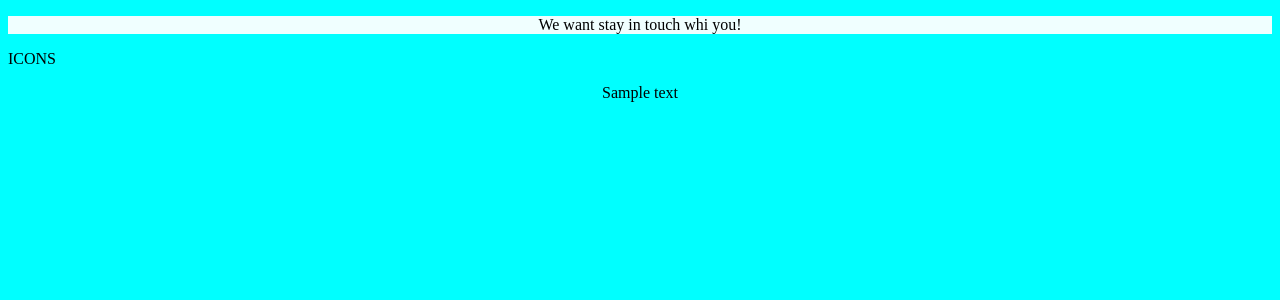
Repository: JhonMercedes/profile
Page: index.html
The author's editor kept a copy of each file at every save. The page is drawn from the files as they stood at one save, then again after the next save.
The browser window is 1280 px wide. The pictures show the whole page.

Above is the page before, as saved 2021-12-08 01:57:51.

After the next save:
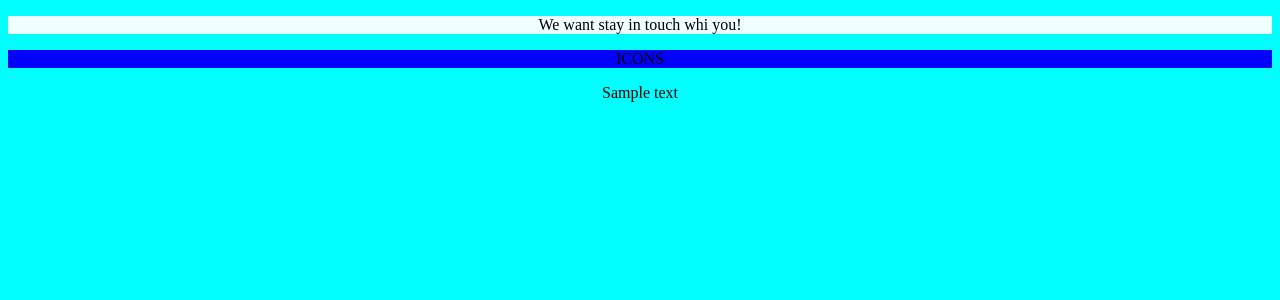
Saved 8 s later.
--- a/index.html
+++ b/index.html
@@ -12,7 +12,7 @@
     <div class="container" style="background-color: azure;">
         <p>We want stay in touch whi you!</p>
     </div>
-    <div class"container2">
+    <div class="container2">
         <p>ICONS</p>
     </div>
     <div class="container3">
